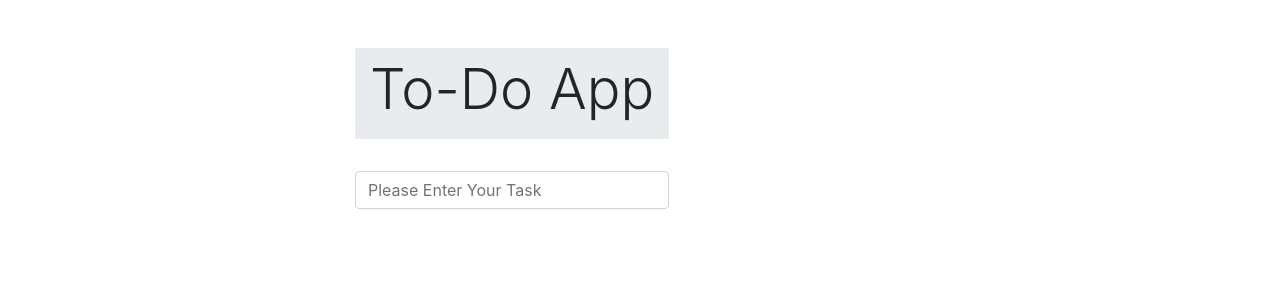
Repository: Khilanmakwana/Todo-App-ReactJS
Page: /
These files come from the project's save history. The page is drawn as it stood at one moment and after the next save; the edit follows.
The browser window is 1280 px wide. The pictures show the whole page.
The project was rebuilt for these pictures with package versions that can differ from the ones it lists, and the page was loaded fresh each time. Also part of the build but not shown: src/App.css.

Above is the page before, as saved 2020-04-28 15:30:39.

After the next save:
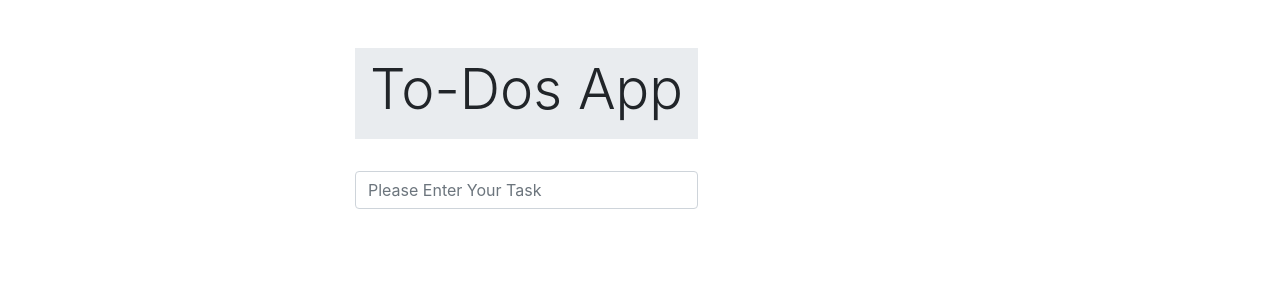
Saved 31 s later.
--- a/src/App.js
+++ b/src/App.js
@@ -6,7 +6,7 @@ function App() {
     <div>
       <div className="jumbotron jumbotron-fluid py-2">
         <div className="container">
-          <h1 className="display-4">To-Do App</h1>
+          <h1 className="display-4">To-Dos App</h1>
         </div>
       </div>
       <form className="mb-3">
